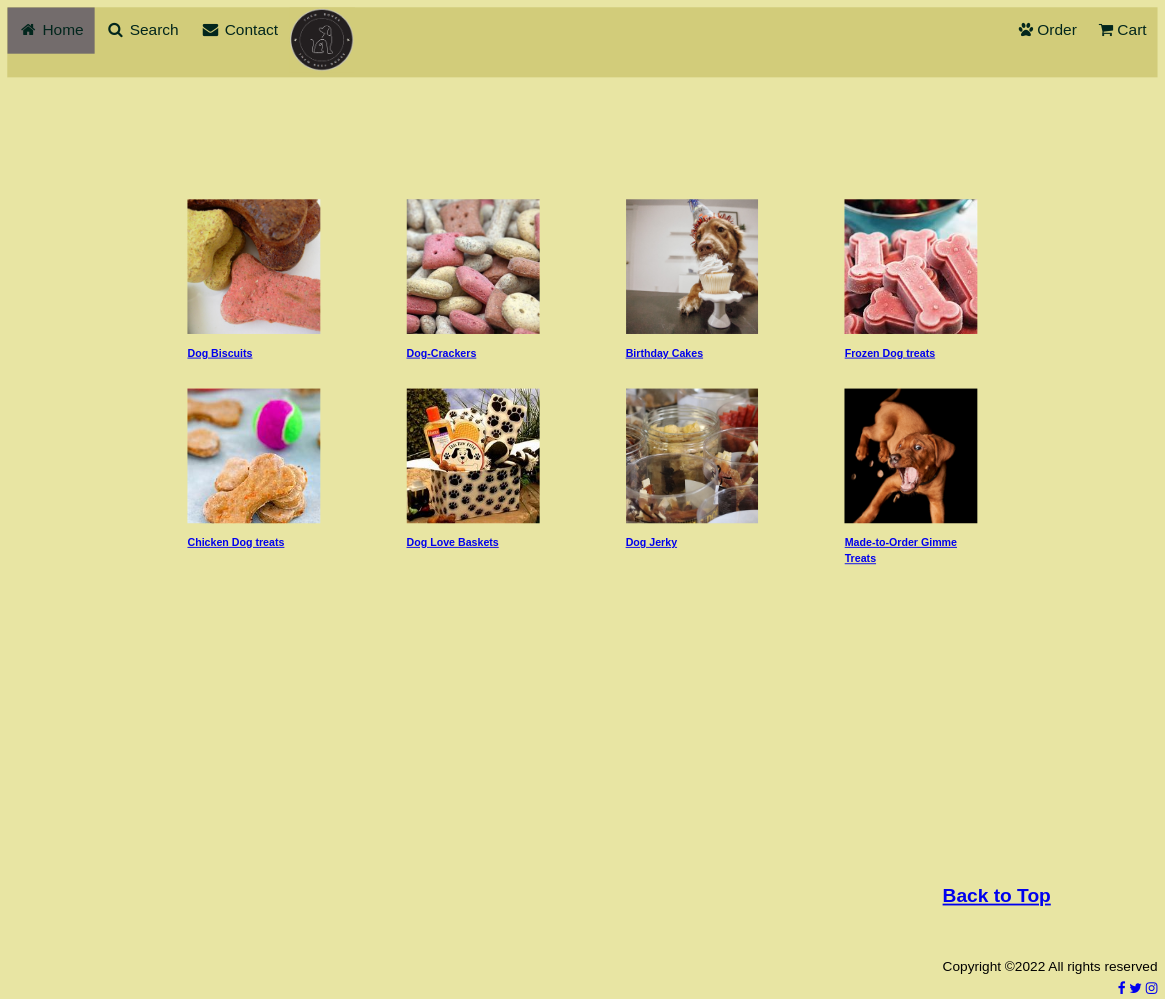
Repository: vgoins-RA2022/HTML-1
Page: index.html
These files come from the project's save history. The page is drawn as it stood at one moment and after the next save; the edit follows.
The browser window is 1280 px wide. The pictures show the whole page, at 91% of full size.

Above is the page before, as saved 2023-01-21 19:49:55.

After the next save:
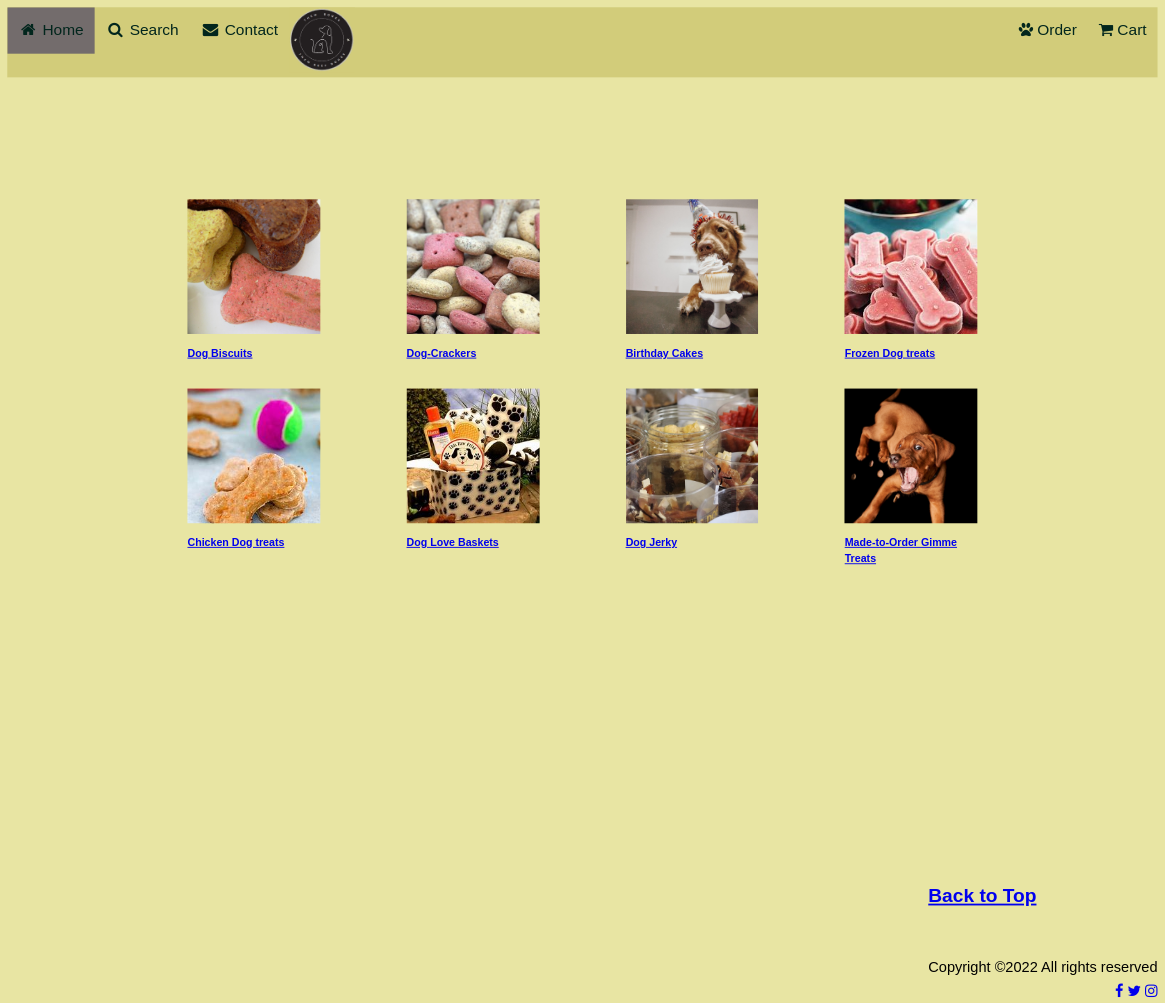
Saved 98 s later.
--- a/src/css/Style.css
+++ b/src/css/Style.css
@@ -157,7 +157,7 @@ body {
 }
 
 .navbar-footer {
-  font-size: 15px;
+  font-size: 16px;
   display: flex;
   justify-content: space-between;
 }
